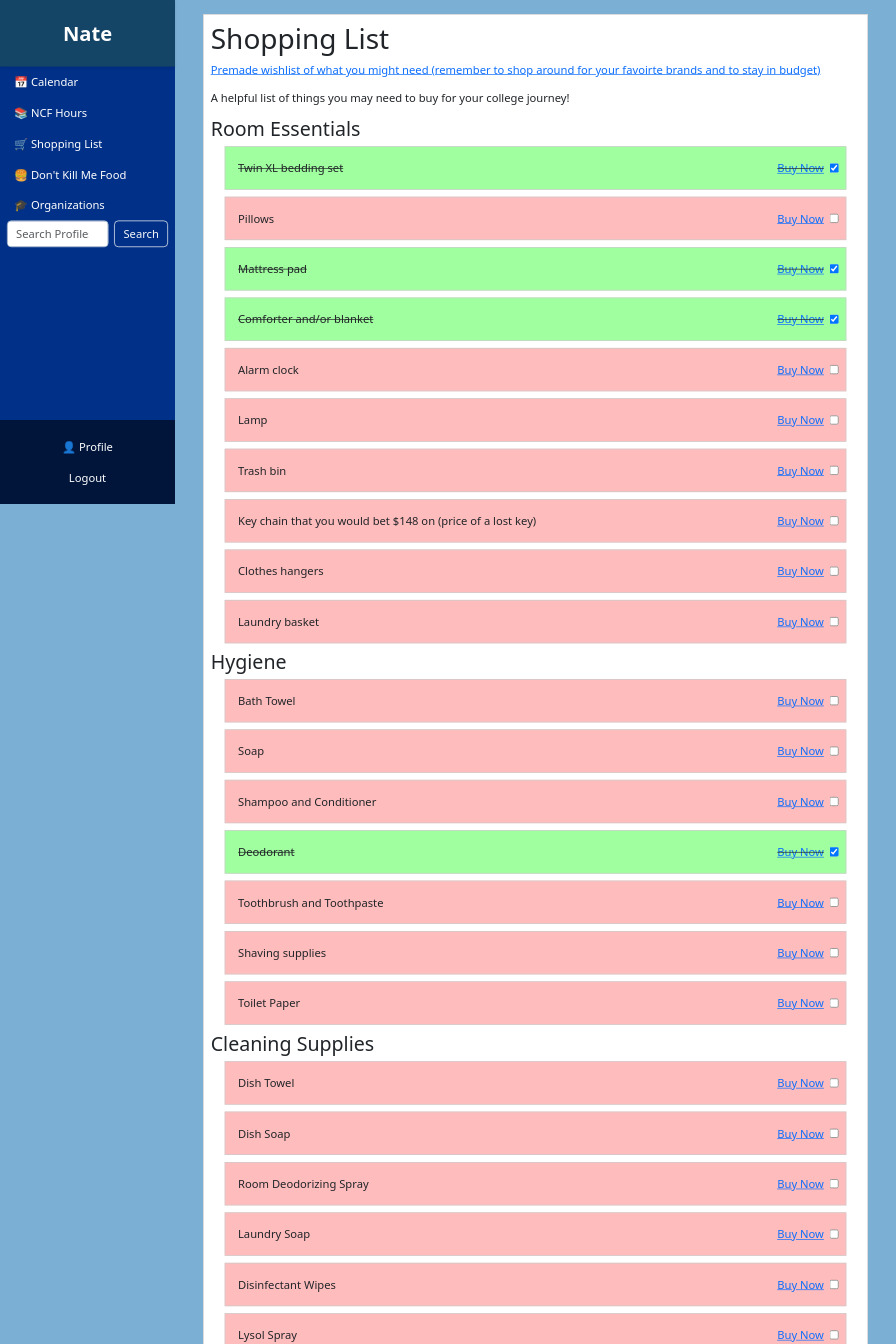
Repository: NateClarkTech/SoftwareEngineeringProject2
Page: http://localhost/shoppinglist/
These files come from the project's save history. The page is drawn as it stood at one moment and after the next save; the edit follows.
The browser window is 1280 px wide. The pictures show the part of the page from y = 0 to 1920 px (the page is 4171 px tall), at 70% of full size.
The page is served by the project's application, run on Django 5.2 (manage.py). The first stored user is signed in. Other server files are loaded and not shown. The page reads the database file committed with the project.

Above is the page before, as saved 2024-03-12 17:49:48.

### ShoppingList/templates/shoppinglist.html
{% extends 'base.html' %}

{% load static %}

{% block title %}Shopping List{% endblock %}

{% block extendHeader %}
<style>
    .item-box {
        border: 1px solid #ccc;
        padding: 10px;
        margin-bottom: 10px;
        margin-left: 20px;
        margin-right: 20px;
        background-color: white;
    }

    .checked {
        text-decoration: line-through;
        background-color: #a0ff9e;
    }

    .not-checked {
        text-decoration: none;
        background-color: #ffbcbc;
    }
</style>
{% endblock %}

{% block content %}
<div class="align-items-center">
    {% if user.is_authenticated %}
    <div class="item-box">
        <h1>Shopping List</h1>
        <a href="https://www.amazon.com/hz/wishlist/ls/1MYC1SQ5AHTOC?ref_=wl_share" target="_blank">Premade wishlist of what you might need (remember to shop around for your favoirte brands and to stay in budget)</a>
        <p class="pt-3">A helpful list of things you may need to buy for your college journey!</p>

        {% for category in itemCategories %}
            <h3>{{ category }}</h3>
            {% for item in shoppingItems %}
                {% if item.category == category %}
                    <div class="item-box d-flex {% if item.checked %}checked{%else%}not-checked{% endif %}">
                        <label for="item-{{ forloop.counter }}" class="flex-grow-1 p-2">{{ item.name }}</label>
                        <a href="{{ item.url }}" target="_blank" class="p-2">Buy Now</a>
                        <input type="checkbox" id="item-{{ forloop.counter }}" class="p-2" {% if item.checked %}checked{% endif %}>
                    </div>
                {% endif %}
            {% endfor %}
        {% endfor %}
    </div>
    {% else %}
    <p>You are not logged in</p>
    {% endif %}
</div>
{% endblock %}

{% block scripts %}
    <script src={% static '/js/shoppinglist.js' %}></script>
{% endblock %}

### ShoppingList/models.py
from django.db import models
from django.contrib.auth.models import User

class ShoppingListCategory(models.Model):
    name = models.CharField(max_length=200)

    def __str__(self):
        return self.name

class ShoppingListItem(models.Model):
    user = models.ForeignKey(User, on_delete=models.CASCADE)
    name = models.CharField(max_length=200)
    category = models.ForeignKey(ShoppingListCategory, on_delete=models.CASCADE)
    url = models.URLField(max_length=200)
    checked = models.BooleanField(default=False)

    def __str__(self):
        return self.user.username + " - " + self.name

### Leaderboard/urls.py
from django.urls import path
from . import views
#https://www.reddit.com/r/django/comments/13hknj7/my_project_doesnt_recognize_the_urls_from_one_of/
urlpatterns = [
    path('', views.checklist, name='checklist'),
    path('checklist/', views.checklist, name='checklist'),
    path('update_checklist/', views.update_checklist, name='update_checklist'),
    path('reset-tasks', views.reset_tasks),
    path('leaderboard/', views.leaderboard_view, name='leaderboard'),

]

### Profile/urls.py

from django.urls import path
from . import views
from django.conf import settings
from django.conf.urls.static import static
from django.contrib.auth import views as auth_views
# Got a lot of help from herehttps://www.reddit.com/r/django/comments/hfh1qc/namespace_is_not_a_registered_namespace/
# https://forum.djangoproject.com/t/django-urls-exceptions-noreversematch-is-not-a-registered-namespace/1876/2
#https://forum.djangoproject.com/t/redirect-to-a-different-app/9086
# And GPT helped me fix everything

app_name = 'Profile'

urlpatterns = [

    path('profile/', views.profile, name='profile'),  # For the logged-in user's profile
    path('profile/<str:username>/', views.public_profile, name='public_profile'),  # For viewing other users' profiles
    path('search/', views.search_profiles, name='search_profiles'),

        # Login/logout stuff
    path('login/', auth_views.LoginView.as_view(template_name='registration/login.html'), name='login'),
    path('logout/', views.logout_view, name='logout'),
    path('register/', views.register, name='register'),


] + static(settings.MEDIA_URL, document_root=settings.MEDIA_ROOT)

### ShoppingList/urls.py
from django.urls import path
from . import views
from django.conf import settings
from django.conf.urls.static import static
from django.contrib.auth import views as auth_views

urlpatterns = [
    path('', views.shoppinglist, name='shoppinglist'),
    path('update_shoppinglist', views.update_shoppinglist, name='update_shoppinglist'),
]

### NovoTaskNinja/urls.py
from django.urls import path
from . import views
from django.conf import settings
from django.conf.urls.static import static
from django.contrib.auth import views as auth_views

urlpatterns = [

    # Backend-Heavy Pages
    path('dontkillmefood/', views.dontkillmefood, name='dontkillmefood'),

    # Frontend-Heavy Pages
    path('calendar', views.calendar, name='calendar'),
    path('ncfhours/', views.ncfhours, name='ncfhours'),
    path('', views.home, name='home'),


] + static(settings.MEDIA_URL, document_root=settings.MEDIA_ROOT)

### db.sqlite3 (the tables this page reads, as SQL)
CREATE TABLE "ShoppingList_shoppinglistcategory" ("id" integer NOT NULL PRIMARY KEY AUTOINCREMENT, "name" varchar(200) NOT NULL);
INSERT INTO "ShoppingList_shoppinglistcategory" VALUES
(1, 'Room Essentials'),
(2, 'Hygiene'),
(3, 'Cleaning Supplies'),
(4, 'Beach Supplies'),
(5, 'School Supplies'),
(6, 'Emergency Preparedness'),
(7, 'Other Items');

CREATE TABLE "ShoppingList_shoppinglistitem" ("id" integer NOT NULL PRIMARY KEY AUTOINCREMENT, "name" varchar(200) NOT NULL, "url" varchar(200) NOT NULL, "checked" bool NOT NULL, "user_id" integer NOT NULL REFERENCES "auth_user" ("id") DEFERRABLE INITIALLY DEFERRED, "category_id" bigint NOT NULL REFERENCES "ShoppingList_shoppinglistcategory" ("id") DEFERRABLE INITIALLY DEFERRED);
INSERT INTO "ShoppingList_shoppinglistitem" VALUES
(1, 'Twin XL bedding set', 'https://www.amazon.com/s?k=twin+xl+sheet+sets', 0, 3, 1),
(2, 'Pillows', 'https://www.amazon.com/s?k=bed+pillow', 0, 3, 1),
(3, 'Mattress pad', 'https://www.amazon.com/s?k=mattress+pad', 0, 3, 1),
(4, 'Comforter and/or blanket', 'https://www.amazon.com/s?k=comforter', 0, 3, 1),
(5, 'Alarm clock', 'https://www.amazon.com/s?k=alarm+clock', 0, 3, 1),
(6, 'Lamp', 'https://www.amazon.com/s?k=lamp', 0, 3, 1),
(7, 'Trash bin', 'https://www.amazon.com/s?k=trash+bin', 0, 3, 1),
(8, 'Key chain that you would bet $148 on (price of a lost key)', 'https://www.amazon.com/s?k=key+chain', 0, 3, 1),
(9, 'Clothes hangers', 'clothes hangers', 0, 3, 1),
(10, 'Laundry basket', 'https://www.amazon.com/s?k=laundry+basket', 0, 3, 1),
(11, 'Bath Towel', 'https://www.amazon.com/s?kbath+towel', 0, 3, 2),
(12, 'Soap', 'https://www.amazon.com/s?k=soap', 0, 3, 2),
(13, 'Shampoo and Conditioner', 'https://www.amazon.com/s?k=shampoo+and+conditioner', 0, 3, 2),
(14, 'Deodorant', 'https://www.amazon.com/s?k=deodorant', 0, 3, 2),
(15, 'Toothbrush and Toothpaste', 'https://www.amazon.com/s?k=toothbrush+and+toothpaste', 0, 3, 2),
(16, 'Shaving supplies', 'https://www.amazon.com/s?k=shaving+supplies', 0, 3, 2),
(17, 'Toilet Paper', 'https://www.amazon.com/s?k=toilet+paper', 0, 3, 2),
(18, 'Dish Towel', 'https://www.amazon.com/s?k=dish+towel', 0, 3, 3),
(19, 'Dish Soap', 'https://www.amazon.com/s?k=dish+soap', 0, 3, 3),
(20, 'Room Deodorizing Spray', 'https://www.amazon.com/s?k=room+deodorizing+spray', 0, 3, 3),
(21, 'Laundry Soap', 'https://www.amazon.com/s?k=laundry+soap', 0, 3, 3),
(22, 'Disinfectant Wipes', 'https://www.amazon.com/s?k=disinfectant+wipes', 0, 3, 3),
(23, 'Lysol Spray', 'https://www.amazon.com/s?k=lysol+spray', 0, 3, 3),
(24, 'Swimsuit', 'https://www.amazon.com/s?k=swimsuit', 0, 3, 4),
(25, 'Beach Towel', 'https://www.amazon.com/s?k=beach+towel', 0, 3, 4),
(26, 'Sunscreen', 'https://www.amazon.com/s?k=sunscreen', 0, 3, 4),
(27, 'Refillable Water Bottle', 'https://www.amazon.com/s?k=refillable+water+bottle', 0, 3, 4),
(28, 'Personal Computer', 'https://www.amazon.com/s?k=personal+computer', 0, 3, 5),
(29, 'Printer', 'https://www.amazon.com/s?k=printer', 0, 3, 5),
(30, 'Printer Paper', 'https://www.amazon.com/s?k=printer+paper', 0, 3, 5),
(31, 'Ethernet Cable', 'https://www.amazon.com/s?k=ethernet+cable', 0, 3, 5),
(32, 'Flash Drive', 'https://www.amazon.com/s?k=flash+drive', 0, 3, 5),
(33, 'Notebooks', 'https://www.amazon.com/s?k=notebooks', 0, 3, 5),
(34, 'Laptop Lock', 'https://www.amazon.com/s?k=laptop+lock', 0, 3, 5),
(35, 'Office Supplies (Poster Putty, Stapler, Push Pins, Pen/Pencils, Envelopes and Stamps)', 'https://www.amazon.com/s?k=office+supplies', 0, 3, 5),
(36, 'Desk Lamp', 'https://www.amazon.com/s?k=desk+lamp', 0, 3, 5),
(37, 'Power Strip with Surge Protector', 'https://www.amazon.com/s?k=power+strip+with+surge+protector', 0, 3, 5),
(38, 'Multi-port USB Charger', 'https://www.amazon.com/s?k=multi-port+usb+charger', 0, 3, 5),
(39, 'Headset', 'https://www.amazon.com/s?k=headset', 0, 3, 5),
(40, 'Flashlight', 'https://www.amazon.com/s?k=flashlight', 0, 3, 6),
(41, 'Batteries', 'https://www.amazon.com/s?k=batteries', 0, 3, 6),
(42, 'First-aid Kit', 'https://www.amazon.com/s?k=first-aid+kit', 0, 3, 6),
(43, 'Fan', 'https://www.amazon.com/s?k=fan', 0, 3, 7),
(44, 'Umbrella', 'https://www.amazon.com/s?k=umbrella', 0, 3, 7),
(45, 'Ear Plugs', 'https://www.amazon.com/s?k=ear+plugs', 0, 3, 7),
(46, 'Small Sewing Kit', 'https://www.amazon.com/s?k=sewing+kit', 0, 3, 7),
(47, 'Small Tool Kit', 'https://www.amazon.com/s?k=tool+kit', 0, 3, 7),
(48, 'Storage Bins', 'https://www.amazon.com/s?k=storage+bins', 0, 3, 7),
(49, 'Dishes and Utensils', 'https://www.amazon.com/s?k=dishes+and+utensils', 0, 3, 7),
(50, 'Camera', 'https://www.amazon.com/s?k=camera', 0, 3, 7),
(51, 'Can Opener', 'https://www.amazon.com/s?k=can+opener', 0, 3, 7),
(52, 'Twin XL bedding set', 'https://www.amazon.com/s?k=twin+xl+sheet+sets', 0, 4, 1),
(53, 'Pillows', 'https://www.amazon.com/s?k=bed+pillow', 0, 4, 1),
(54, 'Mattress pad', 'https://www.amazon.com/s?k=mattress+pad', 0, 4, 1),
(55, 'Comforter and/or blanket', 'https://www.amazon.com/s?k=comforter', 0, 4, 1),
(56, 'Alarm clock', 'https://www.amazon.com/s?k=alarm+clock', 0, 4, 1),
(57, 'Lamp', 'https://www.amazon.com/s?k=lamp', 0, 4, 1),
(58, 'Trash bin', 'https://www.amazon.com/s?k=trash+bin', 0, 4, 1),
(59, 'Key chain that you would bet $148 on (price of a lost key)', 'https://www.amazon.com/s?k=key+chain', 0, 4, 1),
(60, 'Clothes hangers', 'clothes hangers', 0, 4, 1),
(61, 'Laundry basket', 'https://www.amazon.com/s?k=laundry+basket', 0, 4, 1),
(62, 'Bath Towel', 'https://www.amazon.com/s?kbath+towel', 0, 4, 2),
(63, 'Soap', 'https://www.amazon.com/s?k=soap', 0, 4, 2),
(64, 'Shampoo and Conditioner', 'https://www.amazon.com/s?k=shampoo+and+conditioner', 0, 4, 2),
(65, 'Deodorant', 'https://www.amazon.com/s?k=deodorant', 0, 4, 2),
(66, 'Toothbrush and Toothpaste', 'https://www.amazon.com/s?k=toothbrush+and+toothpaste', 0, 4, 2),
(67, 'Shaving supplies', 'https://www.amazon.com/s?k=shaving+supplies', 0, 4, 2),
(68, 'Toilet Paper', 'https://www.amazon.com/s?k=toilet+paper', 0, 4, 2),
(69, 'Dish Towel', 'https://www.amazon.com/s?k=dish+towel', 0, 4, 3),
(70, 'Dish Soap', 'https://www.amazon.com/s?k=dish+soap', 0, 4, 3),
(71, 'Room Deodorizing Spray', 'https://www.amazon.com/s?k=room+deodorizing+spray', 0, 4, 3),
(72, 'Laundry Soap', 'https://www.amazon.com/s?k=laundry+soap', 0, 4, 3),
(73, 'Disinfectant Wipes', 'https://www.amazon.com/s?k=disinfectant+wipes', 0, 4, 3),
(74, 'Lysol Spray', 'https://www.amazon.com/s?k=lysol+spray', 0, 4, 3),
(75, 'Swimsuit', 'https://www.amazon.com/s?k=swimsuit', 0, 4, 4),
(76, 'Beach Towel', 'https://www.amazon.com/s?k=beach+towel', 0, 4, 4),
(77, 'Sunscreen', 'https://www.amazon.com/s?k=sunscreen', 0, 4, 4),
(78, 'Refillable Water Bottle', 'https://www.amazon.com/s?k=refillable+water+bottle', 0, 4, 4),
(79, 'Personal Computer', 'https://www.amazon.com/s?k=personal+computer', 0, 4, 5),
(80, 'Printer', 'https://www.amazon.com/s?k=printer', 0, 4, 5),
(81, 'Printer Paper', 'https://www.amazon.com/s?k=printer+paper', 0, 4, 5),
(82, 'Ethernet Cable', 'https://www.amazon.com/s?k=ethernet+cable', 0, 4, 5),
(83, 'Flash Drive', 'https://www.amazon.com/s?k=flash+drive', 0, 4, 5),
(84, 'Notebooks', 'https://www.amazon.com/s?k=notebooks', 0, 4, 5),
(85, 'Laptop Lock', 'https://www.amazon.com/s?k=laptop+lock', 0, 4, 5),
(86, 'Office Supplies (Poster Putty, Stapler, Push Pins, Pen/Pencils, Envelopes and Stamps)', 'https://www.amazon.com/s?k=office+supplies', 0, 4, 5),
(87, 'Desk Lamp', 'https://www.amazon.com/s?k=desk+lamp', 0, 4, 5),
(88, 'Power Strip with Surge Protector', 'https://www.amazon.com/s?k=power+strip+with+surge+protector', 0, 4, 5),
(89, 'Multi-port USB Charger', 'https://www.amazon.com/s?k=multi-port+usb+charger', 0, 4, 5),
(90, 'Headset', 'https://www.amazon.com/s?k=headset', 0, 4, 5),
(91, 'Flashlight', 'https://www.amazon.com/s?k=flashlight', 0, 4, 6),
(92, 'Batteries', 'https://www.amazon.com/s?k=batteries', 0, 4, 6),
(93, 'First-aid Kit', 'https://www.amazon.com/s?k=first-aid+kit', 0, 4, 6),
(94, 'Fan', 'https://www.amazon.com/s?k=fan', 0, 4, 7),
(95, 'Umbrella', 'https://www.amazon.com/s?k=umbrella', 0, 4, 7),
(96, 'Ear Plugs', 'https://www.amazon.com/s?k=ear+plugs', 0, 4, 7),
(97, 'Small Sewing Kit', 'https://www.amazon.com/s?k=sewing+kit', 0, 4, 7),
(98, 'Small Tool Kit', 'https://www.amazon.com/s?k=tool+kit', 0, 4, 7),
(99, 'Storage Bins', 'https://www.amazon.com/s?k=storage+bins', 0, 4, 7),
(100, 'Dishes and Utensils', 'https://www.amazon.com/s?k=dishes+and+utensils', 0, 4, 7),
(101, 'Camera', 'https://www.amazon.com/s?k=camera', 0, 4, 7),
(102, 'Can Opener', 'https://www.amazon.com/s?k=can+opener', 0, 4, 7),
(103, 'Twin XL bedding set', 'https://www.amazon.com/s?k=twin+xl+sheet+sets', 0, 2, 1),
(104, 'Pillows', 'https://www.amazon.com/s?k=bed+pillow', 0, 2, 1),
(105, 'Mattress pad', 'https://www.amazon.com/s?k=mattress+pad', 0, 2, 1),
(106, 'Comforter and/or blanket', 'https://www.amazon.com/s?k=comforter', 0, 2, 1),
(107, 'Alarm clock', 'https://www.amazon.com/s?k=alarm+clock', 0, 2, 1),
(108, 'Lamp', 'https://www.amazon.com/s?k=lamp', 0, 2, 1),
(109, 'Trash bin', 'https://www.amazon.com/s?k=trash+bin', 0, 2, 1),
(110, 'Key chain that you would bet $148 on (price of a lost key)', 'https://www.amazon.com/s?k=key+chain', 0, 2, 1),
(111, 'Clothes hangers', 'https://www.amazon.com/s?k=clothes+hangers', 0, 2, 1),
(112, 'Laundry basket', 'https://www.amazon.com/s?k=laundry+basket', 0, 2, 1),
(113, 'Bath Towel', 'https://www.amazon.com/s?k=bath+towels', 0, 2, 2),
(114, 'Soap', 'https://www.amazon.com/s?k=soap', 0, 2, 2),
(115, 'Shampoo and Conditioner', 'https://www.amazon.com/s?k=shampoo+and+conditioner', 0, 2, 2),
(116, 'Deodorant', 'https://www.amazon.com/s?k=deodorant', 0, 2, 2),
(117, 'Toothbrush and Toothpaste', 'https://www.amazon.com/s?k=toothbrush+and+toothpaste', 0, 2, 2),
(118, 'Shaving supplies', 'https://www.amazon.com/s?k=shaving+supplies', 0, 2, 2),
(119, 'Toilet Paper', 'https://www.amazon.com/s?k=toilet+paper', 0, 2, 2),
(120, 'Dish Towel', 'https://www.amazon.com/s?k=dish+towel', 0, 2, 3),
(121, 'Dish Soap', 'https://www.amazon.com/s?k=dish+soap', 0, 2, 3),
(122, 'Room Deodorizing Spray', 'https://www.amazon.com/s?k=room+deodorizing+spray', 0, 2, 3),
(123, 'Laundry Soap', 'https://www.amazon.com/s?k=laundry+soap', 0, 2, 3),
(124, 'Disinfectant Wipes', 'https://www.amazon.com/s?k=disinfectant+wipes', 0, 2, 3),
(125, 'Lysol Spray', 'https://www.amazon.com/s?k=lysol+spray', 0, 2, 3),
(126, 'Swimsuit', 'https://www.amazon.com/s?k=swimsuit', 0, 2, 4),
(127, 'Beach Towel', 'https://www.amazon.com/s?k=beach+towel', 0, 2, 4),
(128, 'Sunscreen', 'https://www.amazon.com/s?k=sunscreen', 0, 2, 4),
(129, 'Refillable Water Bottle', 'https://www.amazon.com/s?k=refillable+water+bottle', 0, 2, 4),
(130, 'Personal Computer', 'https://www.amazon.com/s?k=personal+computer', 0, 2, 5),
(131, 'Printer', 'https://www.amazon.com/s?k=printer', 0, 2, 5),
(132, 'Printer Paper', 'https://www.amazon.com/s?k=printer+paper', 0, 2, 5),
(133, 'Ethernet Cable', 'https://www.amazon.com/s?k=ethernet+cable', 0, 2, 5),
(134, 'Flash Drive', 'https://www.amazon.com/s?k=flash+drive', 0, 2, 5),
(135, 'Notebooks', 'https://www.amazon.com/s?k=notebooks', 0, 2, 5),
(136, 'Laptop Lock', 'https://www.amazon.com/s?k=laptop+lock', 0, 2, 5),
(137, 'Office Supplies (Poster Putty, Stapler, Push Pins, Pen/Pencils, Envelopes and Stamps)', 'https://www.amazon.com/s?k=office+supplies', 0, 2, 5),
(138, 'Desk Lamp', 'https://www.amazon.com/s?k=desk+lamp', 0, 2, 5),
(139, 'Power Strip with Surge Protector', 'https://www.amazon.com/s?k=power+strip+with+surge+protector', 0, 2, 5),
(140, 'Multi-port USB Charger', 'https://www.amazon.com/s?k=multi-port+usb+charger', 0, 2, 5),
(141, 'Headset', 'https://www.amazon.com/s?k=headset', 0, 2, 5),
(142, 'Flashlight', 'https://www.amazon.com/s?k=flashlight', 0, 2, 6),
(143, 'Batteries', 'https://www.amazon.com/s?k=batteries', 0, 2, 6),
(144, 'First-aid Kit', 'https://www.amazon.com/s?k=first-aid+kit', 0, 2, 6),
(145, 'Fan', 'https://www.amazon.com/s?k=fan', 0, 2, 7),
(146, 'Umbrella', 'https://www.amazon.com/s?k=umbrella', 0, 2, 7),
(147, 'Ear Plugs', 'https://www.amazon.com/s?k=ear+plugs', 0, 2, 7),
(148, 'Small Sewing Kit', 'https://www.amazon.com/s?k=sewing+kit', 0, 2, 7),
(149, 'Small Tool Kit', 'https://www.amazon.com/s?k=tool+kit', 0, 2, 7),
(150, 'Storage Bins', 'https://www.amazon.com/s?k=storage+bins', 0, 2, 7),
(151, 'Dishes and Utensils', 'https://www.amazon.com/s?k=dishes+and+utensils', 0, 2, 7),
(152, 'Camera', 'https://www.amazon.com/s?k=camera', 0, 2, 7),
(153, 'Can Opener', 'https://www.amazon.com/s?k=can+opener', 0, 2, 7),
(154, 'Twin XL bedding set', 'https://www.amazon.com/s?k=twin+xl+sheet+sets', 1, 1, 1),
(155, 'Pillows', 'https://www.amazon.com/s?k=bed+pillow', 0, 1, 1),
(156, 'Mattress pad', 'https://www.amazon.com/s?k=mattress+pad', 1, 1, 1),
(157, 'Comforter and/or blanket', 'https://www.amazon.com/s?k=comforter', 1, 1, 1),
(158, 'Alarm clock', 'https://www.amazon.com/s?k=alarm+clock', 0, 1, 1),
(159, 'Lamp', 'https://www.amazon.com/s?k=lamp', 0, 1, 1),
(160, 'Trash bin', 'https://www.amazon.com/s?k=trash+bin', 0, 1, 1),
(161, 'Key chain that you would bet $148 on (price of a lost key)', 'https://www.amazon.com/s?k=key+chain', 0, 1, 1),
(162, 'Clothes hangers', 'https://www.amazon.com/s?k=clothes+hangers', 0, 1, 1),
(163, 'Laundry basket', 'https://www.amazon.com/s?k=laundry+basket', 0, 1, 1),
(164, 'Bath Towel', 'https://www.amazon.com/s?k=bath+towels', 0, 1, 2),
(165, 'Soap', 'https://www.amazon.com/s?k=soap', 0, 1, 2),
(166, 'Shampoo and Conditioner', 'https://www.amazon.com/s?k=shampoo+and+conditioner', 0, 1, 2),
(167, 'Deodorant', 'https://www.amazon.com/s?k=deodorant', 1, 1, 2),
(168, 'Toothbrush and Toothpaste', 'https://www.amazon.com/s?k=toothbrush+and+toothpaste', 0, 1, 2),
(169, 'Shaving supplies', 'https://www.amazon.com/s?k=shaving+supplies', 0, 1, 2),
(170, 'Toilet Paper', 'https://www.amazon.com/s?k=toilet+paper', 0, 1, 2),
(171, 'Dish Towel', 'https://www.amazon.com/s?k=dish+towel', 0, 1, 3),
(172, 'Dish Soap', 'https://www.amazon.com/s?k=dish+soap', 0, 1, 3),
(173, 'Room Deodorizing Spray', 'https://www.amazon.com/s?k=room+deodorizing+spray', 0, 1, 3),
(174, 'Laundry Soap', 'https://www.amazon.com/s?k=laundry+soap', 0, 1, 3),
(175, 'Disinfectant Wipes', 'https://www.amazon.com/s?k=disinfectant+wipes', 0, 1, 3),
(176, 'Lysol Spray', 'https://www.amazon.com/s?k=lysol+spray', 0, 1, 3),
(177, 'Swimsuit', 'https://www.amazon.com/s?k=swimsuit', 0, 1, 4),
(178, 'Beach Towel', 'https://www.amazon.com/s?k=beach+towel', 0, 1, 4),
(179, 'Sunscreen', 'https://www.amazon.com/s?k=sunscreen', 0, 1, 4),
(180, 'Refillable Water Bottle', 'https://www.amazon.com/s?k=refillable+water+bottle', 0, 1, 4),
(181, 'Personal Computer', 'https://www.amazon.com/s?k=personal+computer', 0, 1, 5),
(182, 'Printer', 'https://www.amazon.com/s?k=printer', 0, 1, 5),
(183, 'Printer Paper', 'https://www.amazon.com/s?k=printer+paper', 0, 1, 5),
(184, 'Ethernet Cable', 'https://www.amazon.com/s?k=ethernet+cable', 0, 1, 5),
(185, 'Flash Drive', 'https://www.amazon.com/s?k=flash+drive', 0, 1, 5),
(186, 'Notebooks', 'https://www.amazon.com/s?k=notebooks', 0, 1, 5),
(187, 'Laptop Lock', 'https://www.amazon.com/s?k=laptop+lock', 0, 1, 5),
(188, 'Office Supplies (Poster Putty, Stapler, Push Pins, Pen/Pencils, Envelopes and Stamps)', 'https://www.amazon.com/s?k=office+supplies', 0, 1, 5),
(189, 'Desk Lamp', 'https://www.amazon.com/s?k=desk+lamp', 0, 1, 5),
(190, 'Power Strip with Surge Protector', 'https://www.amazon.com/s?k=power+strip+with+surge+protector', 0, 1, 5),
(191, 'Multi-port USB Charger', 'https://www.amazon.com/s?k=multi-port+usb+charger', 0, 1, 5),
(192, 'Headset', 'https://www.amazon.com/s?k=headset', 0, 1, 5),
(193, 'Flashlight', 'https://www.amazon.com/s?k=flashlight', 0, 1, 6),
(194, 'Batteries', 'https://www.amazon.com/s?k=batteries', 0, 1, 6),
(195, 'First-aid Kit', 'https://www.amazon.com/s?k=first-aid+kit', 0, 1, 6),
(196, 'Fan', 'https://www.amazon.com/s?k=fan', 0, 1, 7),
(197, 'Umbrella', 'https://www.amazon.com/s?k=umbrella', 0, 1, 7),
(198, 'Ear Plugs', 'https://www.amazon.com/s?k=ear+plugs', 0, 1, 7),
(199, 'Small Sewing Kit', 'https://www.amazon.com/s?k=sewing+kit', 0, 1, 7),
(200, 'Small Tool Kit', 'https://www.amazon.com/s?k=tool+kit', 0, 1, 7),
(201, 'Storage Bins', 'https://www.amazon.com/s?k=storage+bins', 0, 1, 7),
(202, 'Dishes and Utensils', 'https://www.amazon.com/s?k=dishes+and+utensils', 0, 1, 7),
(203, 'Camera', 'https://www.amazon.com/s?k=camera', 0, 1, 7),
(204, 'Can Opener', 'https://www.amazon.com/s?k=can+opener', 0, 1, 7);

CREATE TABLE "auth_user" ("id" integer NOT NULL PRIMARY KEY AUTOINCREMENT, "password" varchar(128) NOT NULL, "last_login" datetime NULL, "is_superuser" bool NOT NULL, "username" varchar(150) NOT NULL UNIQUE, "last_name" varchar(150) NOT NULL, "email" varchar(254) NOT NULL, "is_staff" bool NOT NULL, "is_active" bool NOT NULL, "date_joined" datetime NOT NULL, "first_name" varchar(150) NOT NULL);
INSERT INTO "auth_user" VALUES
(1, 'pbkdf2_sha256$720000$voXDfFPGW35Vj4HBNrXH6O$81VbTivkDmHTHyrO0enerEqBO5Y1jna5vWEizOy2neM=', '2024-03-12 19:50:57.516190', 0, 'Nate', '', '', 0, 1, '2024-03-10 17:59:04.381654', ''),
(2, 'pbkdf2_sha256$720000$6xx2oJHi4sTw9UGfKxI1Vr$hTFa86Txj4tm4MMlh+gyYzNVMNkcrilSLcoieOe8rZ0=', '2024-03-12 19:31:30.492896', 1, 'admin', '', '', 1, 1, '2024-03-10 17:59:37.223655', ''),
(3, 'pbkdf2_sha256$720000$CYfsySN9KJ3kKCFa7FcOyu$1SpWWJdIaEb00rFZobW7XtaDRaXiSxJRIjAVbF6ooGU=', '2024-03-12 15:52:11.849871', 0, 'NotNate', '', '', 0, 1, '2024-03-10 21:43:19.463536', ''),
(4, 'pbkdf2_sha256$720000$yQsW3wlpSp5GMrkLKbaAMK$XEmvrkUnHV2qiy/8O9pIhwGZvYNqFGRgejnn5yn4QFM=', '2024-03-11 00:26:01.990320', 0, 'Username', '', '', 0, 1, '2024-03-11 00:26:01.476318', '');

Loaded but not shown: ShoppingList/static/js/shoppinglist.js (57 lines, source omitted); NovoTaskNinja/templates/navbar.html (248 lines, source omitted); ShoppingList/views.py (113 lines, source omitted); static/css/base/base.css (123 lines, source omitted); NovoTaskNinja/templates/base.html (49 lines, source omitted); SEProject2/urls.py (30 lines, source omitted)

After the next save:
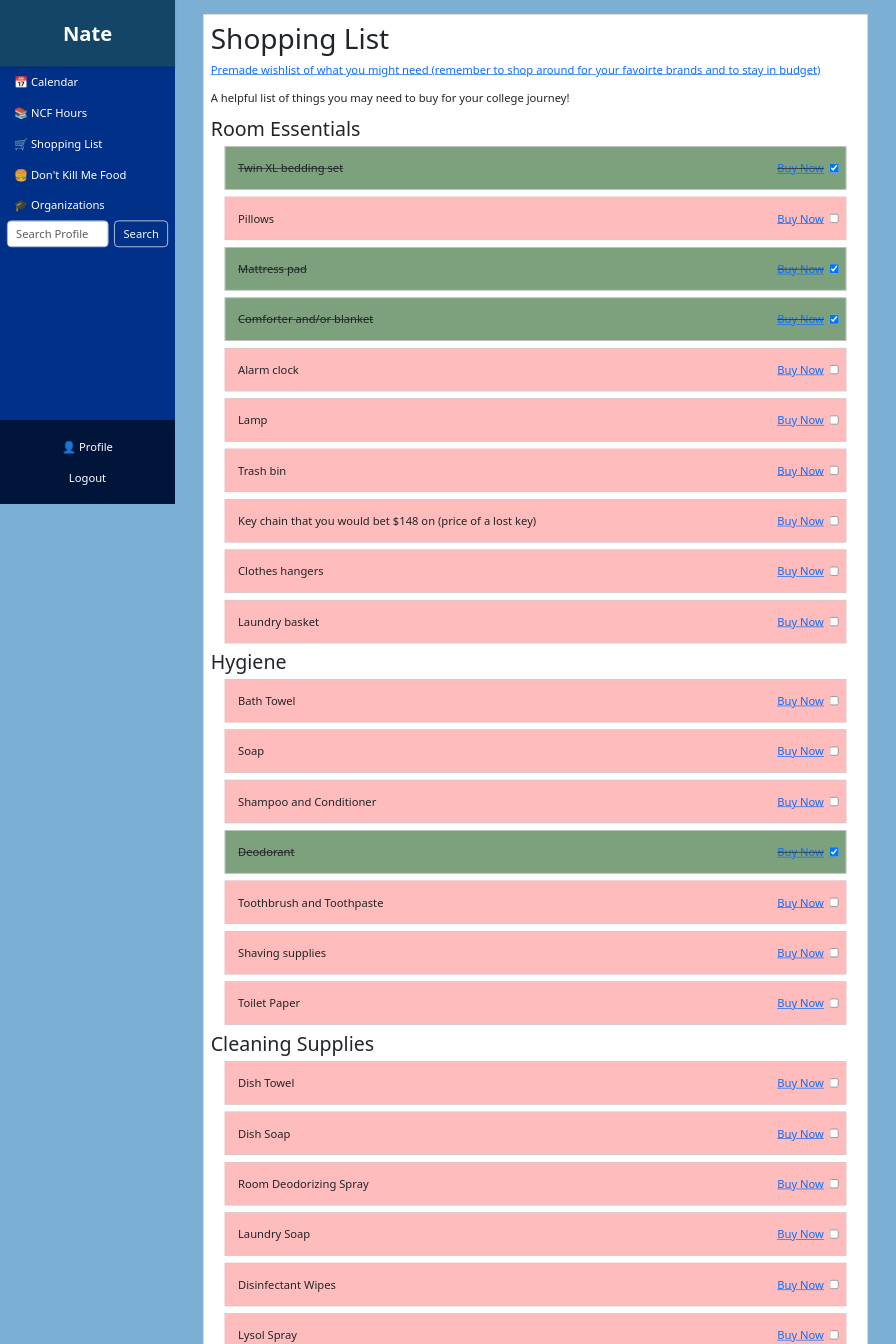
Saved 9 s later.
--- a/ShoppingList/templates/shoppinglist.html
+++ b/ShoppingList/templates/shoppinglist.html
@@ -17,7 +17,7 @@
 
     .checked {
         text-decoration: line-through;
-        background-color: #a0ff9e;
+        background-color: #7da07d;
     }
 
     .not-checked {
